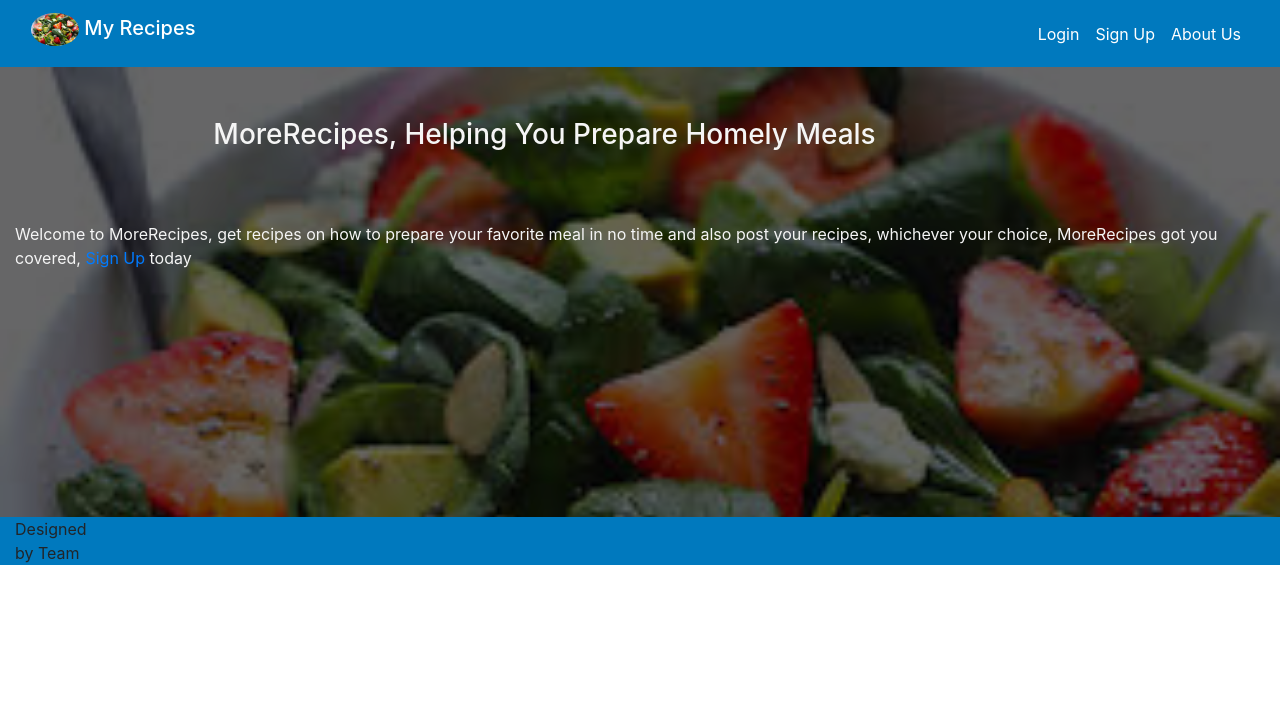
Repository: UggoPrince/more-recipes
Page: html/index.html
The author's editor kept a copy of each file at every save. The page is drawn from the files as they stood at one save, then again after the next save.
The browser window is 1280 px wide. The pictures show the whole page.

Above is the page before, as saved 2018-07-30 07:06:12.

After the next save:
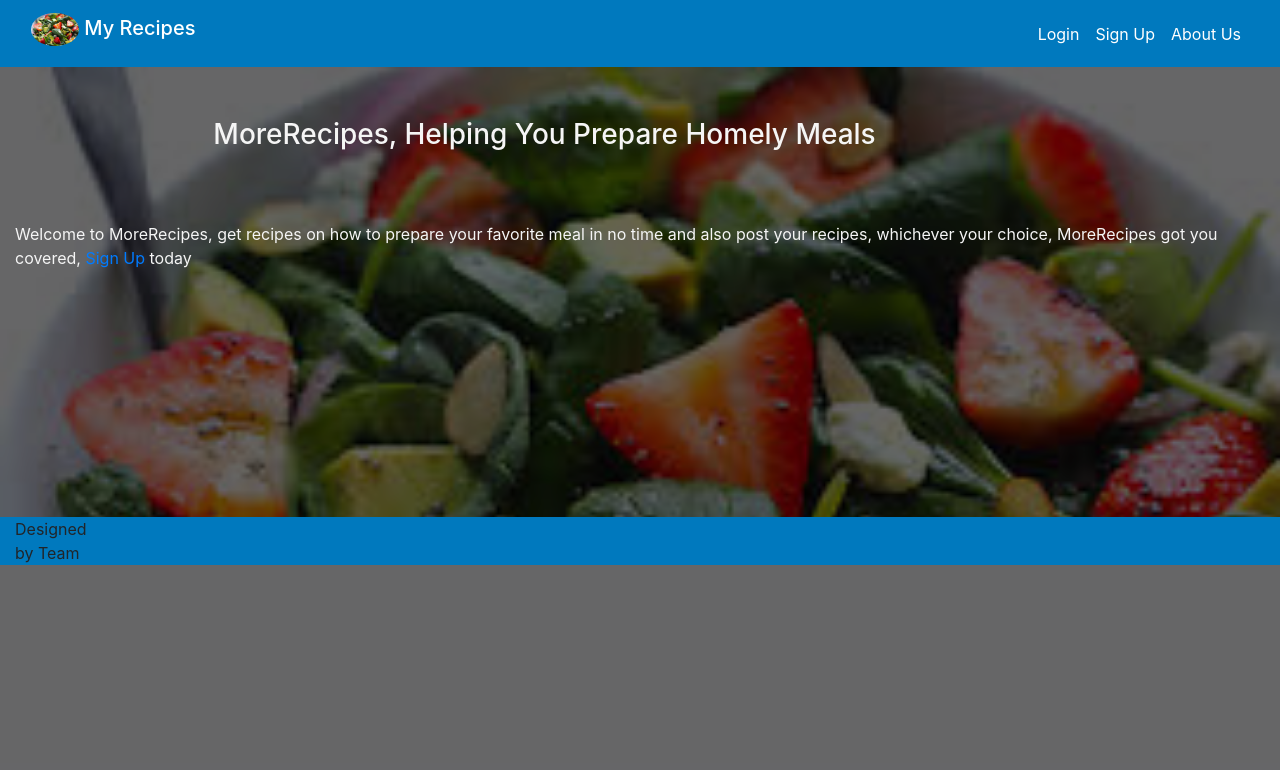
Saved 5 s later.
--- a/html/index.html
+++ b/html/index.html
@@ -59,7 +59,7 @@
             <h3>MoreRecipes, Helping You Prepare Homely Meals</h3>
         </div>
       </div>
-      <div style="padding-top: 5%; padding-bottom: 20%">
+      <div style="padding-top: 5%; padding-bottom: 40%">
           Welcome to MoreRecipes, get recipes on how to prepare your favorite meal in no time and also post your recipes, whichever your choice, MoreRecipes got you covered, <a href="signup.html">Sign Up</a> today
       </div>
 
